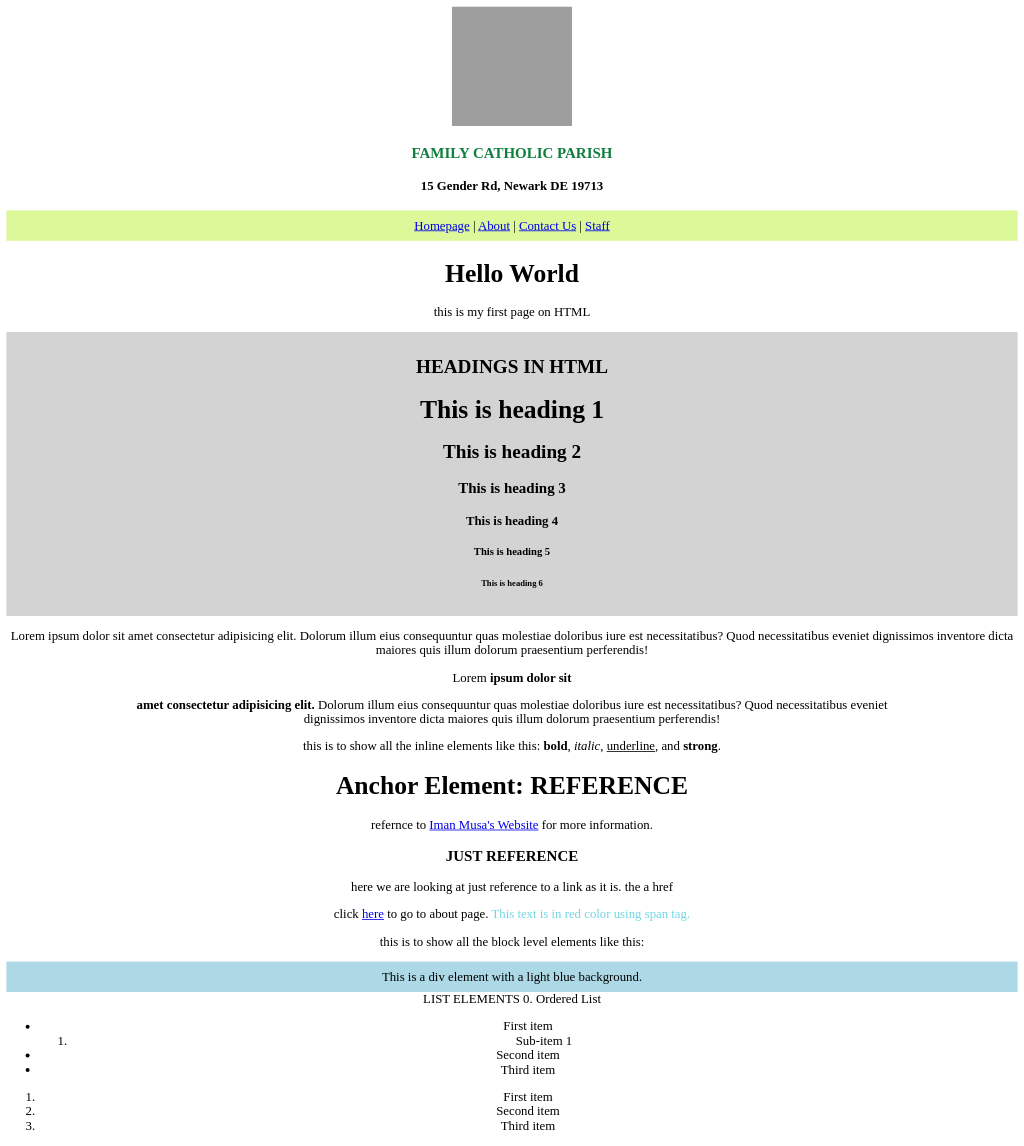
Repository: ficotims/HTML-RESTART
Page: Homepage.html
These files come from the project's save history. The page is drawn as it stood at one moment and after the next save; the edit follows.
The browser window is 1280 px wide. The pictures show the whole page, at 80% of full size.
Pictures or frames that could not be fetched are drawn as grey boxes.

Above is the page before, as saved 2026-02-03 06:09:53.

After the next save:
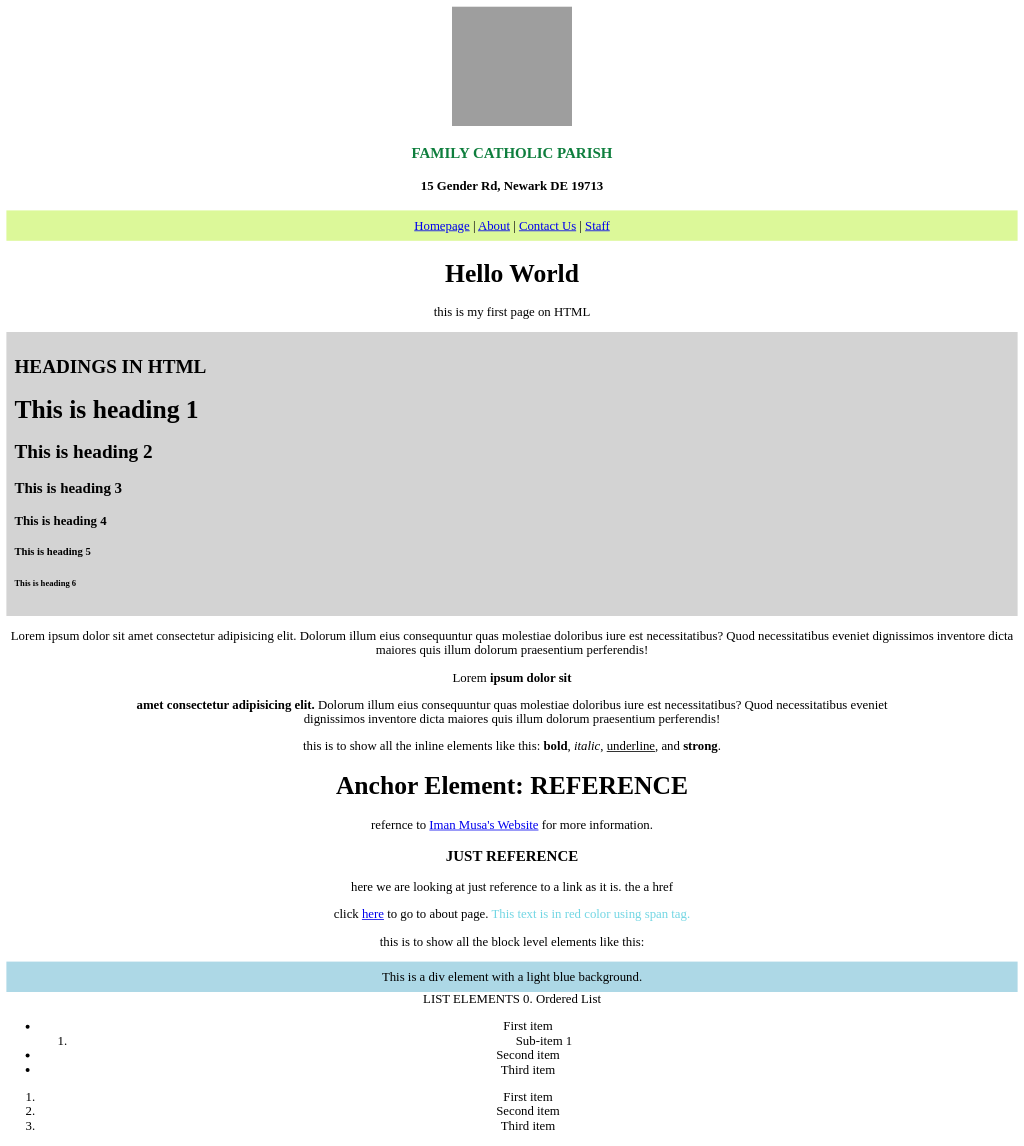
Saved 82 s later.
--- a/Homepage.html
+++ b/Homepage.html
@@ -26,7 +26,7 @@
     <p>this is my first page on HTML</p>
     <!-- this is a comment and will not appear on the screen/ page -->
     <!-- let us introduce the headings -->
-    <div style="background-color: lightgray; padding: 10px">
+    <div style="background-color: lightgray; padding: 10px; text-align: left">
       <h2>HEADINGS IN HTML</h2>
     <h1>This is heading 1</h1>
     <h2>This is heading 2</h2>
